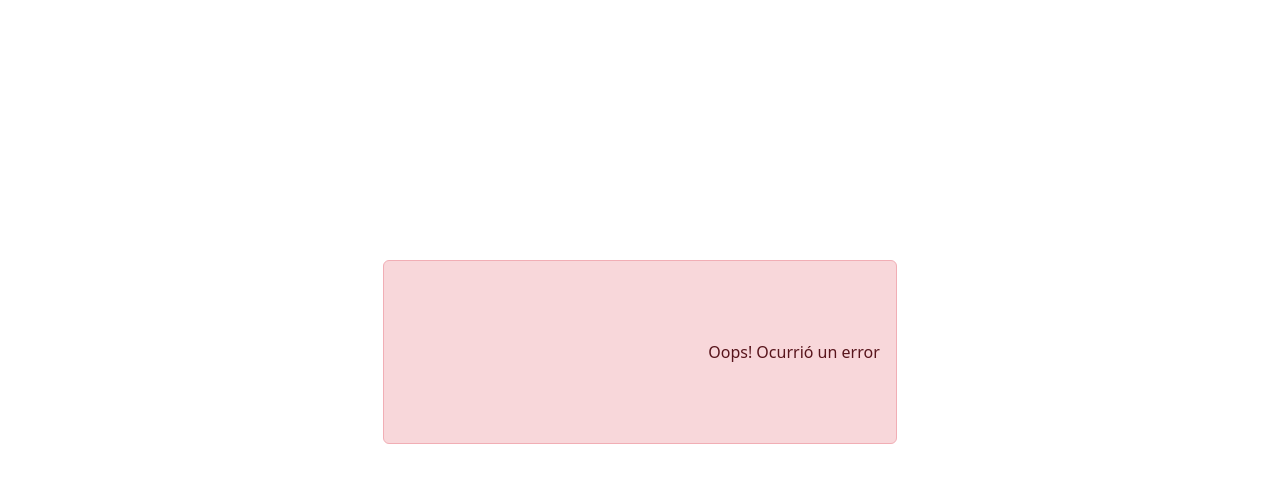
Repository: ikabeee/quesosAppSM41
Page: /
An editor plug-in stored every save of this project. The page is shown before and after the next save, followed by the edit.
The browser window is 1280 px wide. The pictures show the whole page.
The page's requests for data from a server got no answer. The project was rebuilt for these pictures with package versions that can differ from the ones it lists, and the page was loaded fresh each time. No one was signed in, and anything a server would have sent is missing. Also part of the build but not shown: vite.config.ts.

Above is the page before, as saved 2024-10-11 07:54:05.

### src/App.tsx
//Primera lineas se importan las librerias y assets
import { useState } from 'react'
import './App.css'
import 'bootstrap/dist/css/bootstrap.min.css'
//Importacion de componentes

import AtmosphericConditions from './components/AtmosphericConditions';
import ExampleAxios from './components/ExampleAxios';
function App() {


  return (
    //<> Contenedores influyen en el diseno y son con la etiqueta <>
    <>
    <ExampleAxios/>
    </>
  )
}

export default App;

### src/components/ExampleAxios.tsx
import axios from "axios";
import { useEffect, useState } from "react";

function ExampleAxios() {

    const [data, setData] = useState([]);
    const [loading, setLoading] = useState(true);
    const [error, setError] = useState(null);
    useEffect(() => { //useEffect siempre espera una respuesta

        const dataList = async () => {
            try {
                const response = await axios.get('https://pokeap.co/api/v2/pokemon?limit=100000&offset=0')
                setData(response.data) //.data trae el formato
                console.log(data);
            } catch (errors: any) { //CAcha el error
                setError(errors)
            } finally { //Desaparece el spinner
                setLoading(false)
            }

        }
        dataList() //Invocas al evento
    }, [])

    if (loading) return (
        <div className="d-flex align-items-center">
            <strong role="status">Loading...</strong>
            <div className="spinner-border ms-auto" aria-hidden="true"></div>
        </div>
    )
    if (error) {
        return (
            <div className="alert alert-danger d-flex align-items-center" role="alert">
                <svg className="bi flex-shrink-0 me-2" role="img" aria-label="Danger:"><use xlink:href="#exclamation-triangle-fill" /></svg>
                <div>
                    Oops! Ocurrió un error  {error.mesagge}
                </div>
            </div>
        )
    }
    return (
        <h1>Lista de datos</h1>
    );
}

export default ExampleAxios;

Loaded but not shown: index.html (common file); src/main.tsx (common file); src/index.css (common file); src/App.css (common file)

After the next save:
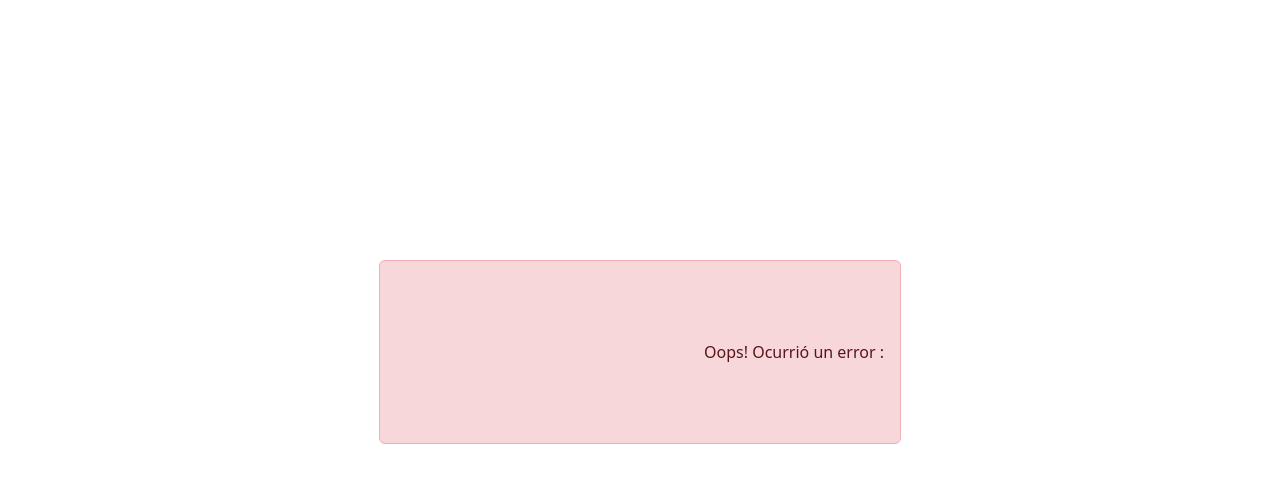
Saved 7 s later.
--- a/src/components/ExampleAxios.tsx
+++ b/src/components/ExampleAxios.tsx
@@ -34,7 +34,7 @@ function ExampleAxios() {
             <div className="alert alert-danger d-flex align-items-center" role="alert">
                 <svg className="bi flex-shrink-0 me-2" role="img" aria-label="Danger:"><use xlink:href="#exclamation-triangle-fill" /></svg>
                 <div>
-                    Oops! Ocurrió un error  {error.mesagge}
+                    Oops! Ocurrió un error : {error.mesagge}
                 </div>
             </div>
         )
